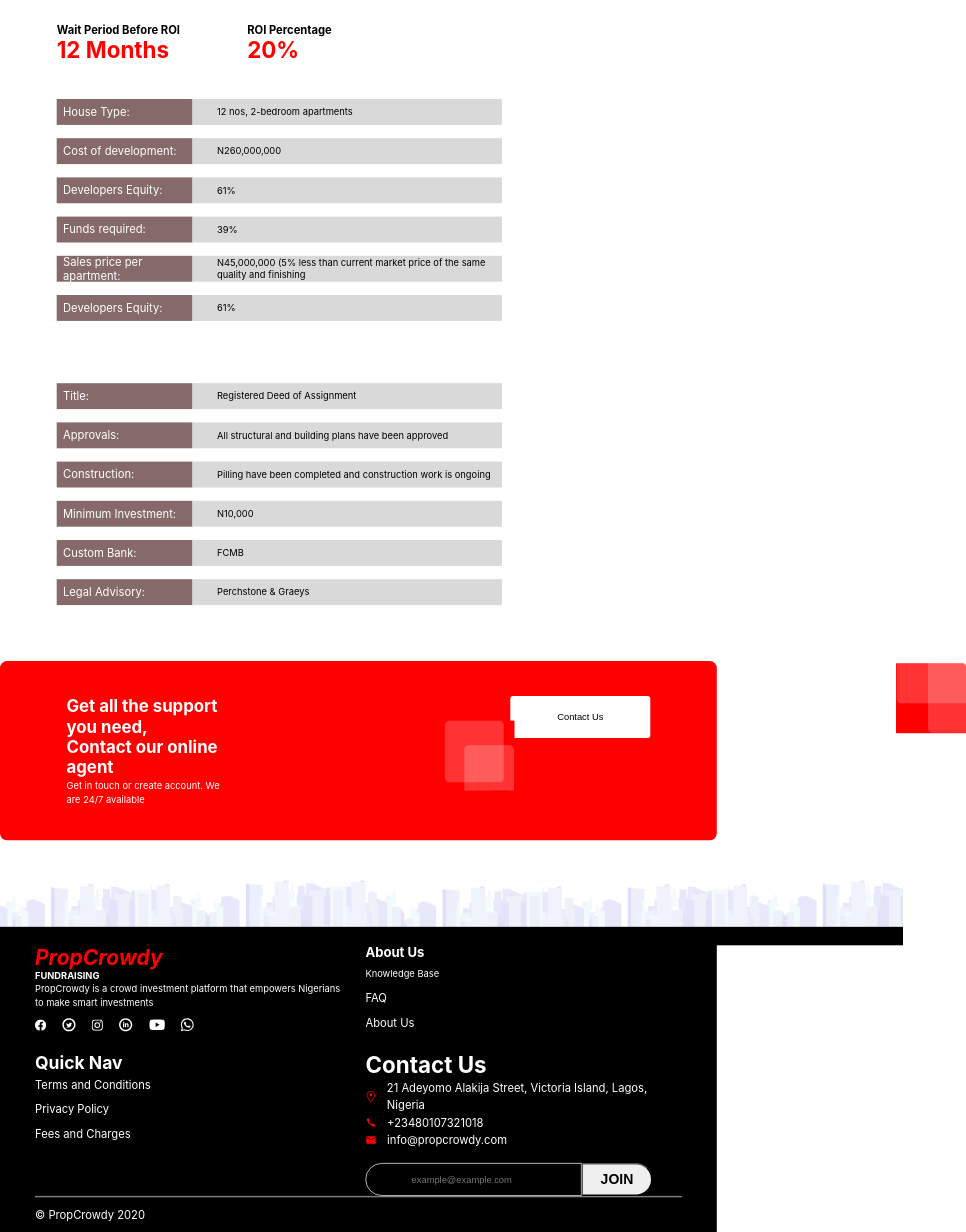
Repository: uh-sman/Popcrowdy
Page: /
An editor plug-in stored every save of this project. The page is shown before and after the next save, followed by the edit.
The browser window is 1024 px wide. The page is 1380 px wide, so the pictures cover 1380 px, including what lies to the right of the window. The pictures show the part of the page from y = 1739 to 3499 px (the page is 3499 px tall before and 3370 px after), at 70% of full size.
The project was rebuilt for these pictures with package versions that can differ from the ones it lists, and the page was loaded fresh each time. Also part of the build but not shown: src/components/Section/carousel.css, src/components/Section/Carousel.js.

Above is the page before, as saved 2022-11-16 18:50:01.

After the next save:
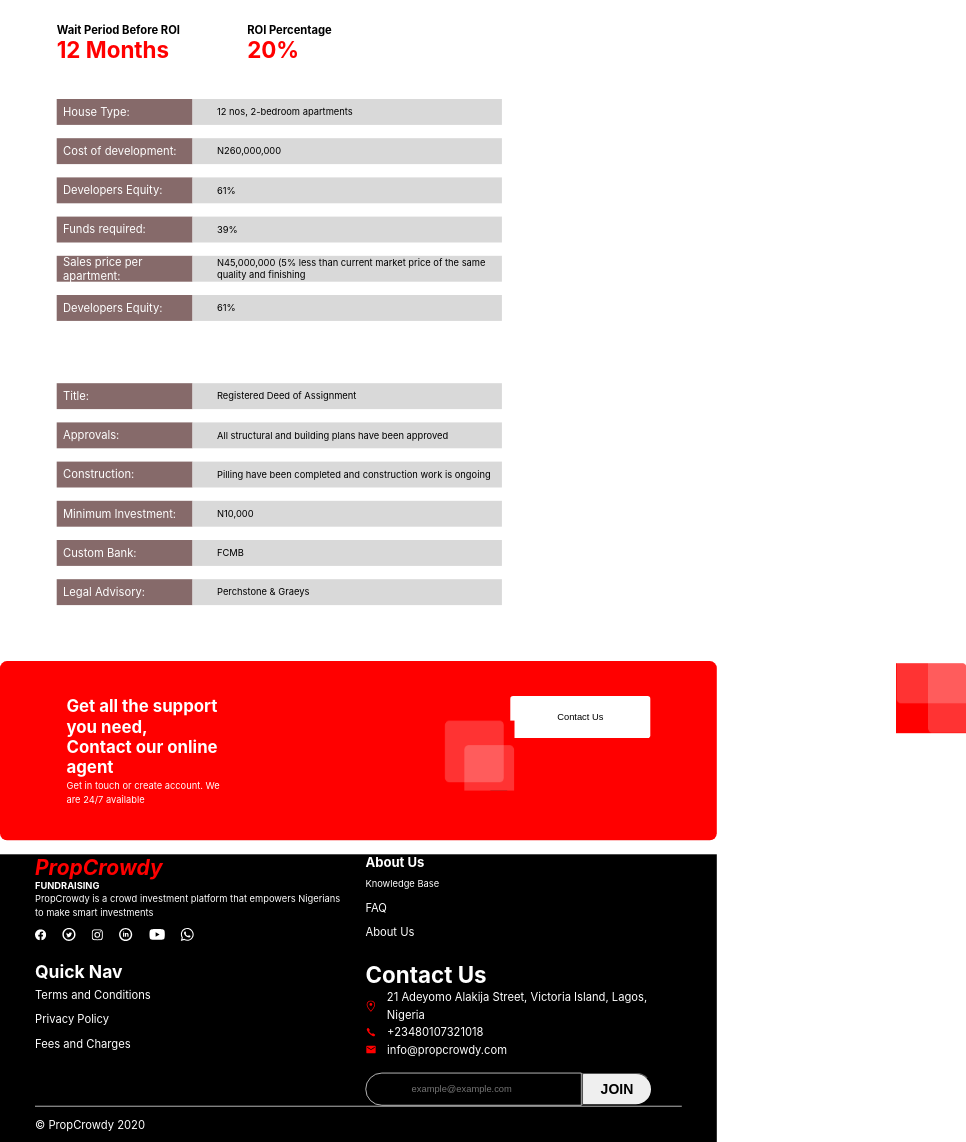
Saved 15 s later.
--- a/src/components/Footer/footer.css
+++ b/src/components/Footer/footer.css
@@ -143,6 +143,7 @@
     gap: 20px;
   }
   .image {
-    width: fit-content;
+    /* width: fit-content; */
+    display: none;
   }
 }
